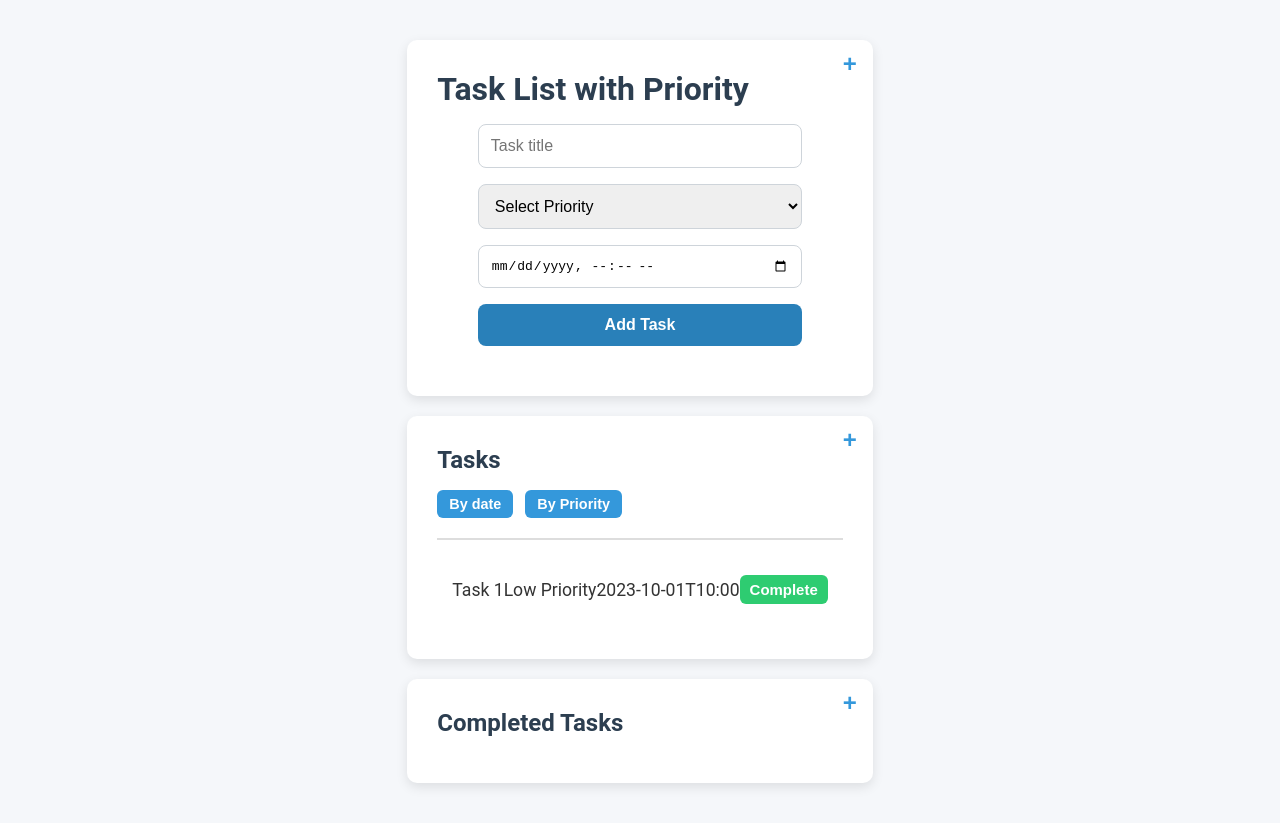
Repository: Lithium87/TaskList
Page: /
An editor plug-in stored every save of this project. The page is shown before and after the next save, followed by the edit.
The browser window is 1280 px wide. The pictures show the whole page.
The project was rebuilt for these pictures with package versions that can differ from the ones it lists, and the page was loaded fresh each time. Also part of the build but not shown: vite.config.js.

Above is the page before, as saved 2025-07-08 16:33:14.

### src/index.css
/* General app styles */
* {
  box-sizing: border-box;
  margin: 0;
  padding: 0;
}

body {
  font-family: "Roboto", sans-serif;
  background-color: #f5f7fa;
  display: flex;
  justify-content: center;
  align-items: flex-start;
  min-height: 100vh;
  padding: 40px;
  color: #333;
}

.app {
  display: flex;
  flex-direction: column;
  gap: 20px;
  max-width: 500px;
  width: 100%;
}

/* Main container for current tasks and completed tasks */
.task-container,
.completed-task-container {
  position: relative;
  background-color: #ffffff;
  border-radius: 10px;
  box-shadow: 0 4px 12px rgba(0, 0, 0, 0.1);
  padding: 30px;
}

/* Headings */
h1,
h2 {
  color: #2c3e50;
  margin-bottom: 16px;
}

/* Completed Task toggle button */
.completed-header {
  display: flex;
  align-items: center;
  justify-content: space-between;
}

.toggle-button {
  background: none;
  border: none;
  cursor: pointer;
  font-size: 1.2em;
  color: #3498db;
  transition: transform 0.3s ease;
}

.toggle-button.open {
  transform: rotate(180deg);
}

/* Sort buttons container */
.sort-controls {
  display: flex;
  justify-content: start;
  align-items: center;
  gap: 12px;
  margin-bottom: 20px;
}

/* Close/open button for sections */
.close-button {
  background: none;
  border: none;
  font-size: 1.5em;
  font-weight: bold;
  color: #3498db;
  cursor: pointer;
  position: absolute;
  top: 10px;
  right: 16px;
  padding: 0;
  transition: color 0.3s, transform 0.3s ease;
}

.close-button.open {
  transform: rotate(135deg); /* Turns "×" into "+" */
  color: #2980b9;
}

.close-button:hover {
  color: #2980b9;
}

/* Sort buttons */
.sort-button {
  padding: 6px 12px;
  background-color: #3498db;
  border: none;
  color: white;
  font-size: 0.9em;
  font-weight: bold;
  border-radius: 6px;
  cursor: pointer;
  transition: background-color 0.3s;
}

.sort-button.active {
  background-color: #2980b9;
  font-weight: bold;
}

.sort-button:hover {
  background-color: #2980b9;
}

/* Task form styles */
.task-form {
  display: flex;
  flex-direction: column;
  align-items: center;
  margin-bottom: 20px;
  animation: fade-in 0.5s ease-in-out;
}

.task-form input[type="text"],
.task-form select,
.task-form input[type="datetime-local"] {
  margin: 0 0 16px 0;
  padding: 12px;
  border-radius: 8px;
  border: 1px solid #ced4da;
  width: 80%;
  font-size: 1em;
  transition: border 0.3s;
}

.task-form input:focus,
.task-form select:focus,
.task-form input[type="datetime-local"]:focus {
  outline: none;
  border-color: #3498db;
}

.task-form button {
  padding: 12px 24px;
  border: none;
  background-color: #2980b9;
  color: white;
  font-size: 1em;
  font-weight: bold;
  border-radius: 8px;
  cursor: pointer;
  transition: background-color 0.3s, transform 0.2s;
  width: 80%;
}

.task-form button:hover {
  background-color: #2980b9;
  transform: translateY(-2px);
}

/* Task list styles */
.task-list,
.completed-task-list {
  list-style-type: none;
  padding: 0;
  width: 100%;
}

/* Task item styles */
.task-item {
  padding: 15px;
  border-radius: 8px;
  display: flex;
  justify-content: space-between;
  align-items: center;
  margin: 10px 0;
  font-size: 1.1em;
  transition: transform 0.2s, opacity 0.3s;
  animation: fade-in 0.5s ease-in-out;
}

.task-item.high {
  background-color: #f8d7da;
  color: #721c24;
  border-left: 6px solid #f5c6cb;
}

.task-item.medium {
  background-color: #fff3cd;
  color: #856404;
  border-left: 6px solid #ffeeba;
}

.task-item.low {
  background-color: #d4edda;
  color: #155724;
  border-left: 6px solid #c3e6cb;
}

.task-item:hover {
  transform: scale(1.02);
}

.task-info {
  flex: 1;
  text-align: left;
}

/* Date text style */
.task-deadline {
  font-size: 0.85em;
  color: #666;
  margin-top: 5px;
}

/* Buttons container for vertical alignment */
.task-buttons {
  display: flex;
  flex-direction: column;
  gap: 6px;
}

/* Complete button */
.complete-button {
  padding: 6px 10px;
  background-color: #2ecc71;
  border: none;
  color: white;
  border-radius: 6px;
  font-size: 0.85em;
  font-weight: bold;
  cursor: pointer;
  transition: background-color 0.3s, transform 0.2s;
}

.complete-button:hover {
  background-color: #27ae60;
  transform: translateY(-2px);
}

/* Delete button */
.delete-button {
  padding: 6px 10px;
  background-color: #e74c3c;
  border: none;
  color: white;
  border-radius: 6px;
  font-size: 0.85em;
  font-weight: bold;
  cursor: pointer;
  transition: background-color 0.3s, transform 0.2s;
}

.delete-button:hover {
  background-color: #c0392b;
  transform: translateY(-2px);
}

/* Completed task item */
.task-item.completed {
  background-color: #e0f7df;
  color: #155724;
  border-left: 6px solid #a5d6a7;
  opacity: 0.9;
}

/* Animation for completed tasks */
.completed-task-list .task-item {
  animation: fade-in 0.5s ease-in-out;
}

@keyframes fade-in {
  from {
    opacity: 0;
    transform: translateY(-10px);
  }
  to {
    opacity: 1;
    transform: translateY(0);
  }
}

/* Completed task list container with smooth slide-down effect */
.completed-task-list-container {
  overflow: hidden;
  max-height: 0;
  opacity: 0;
  transition: max-height 0.5s ease, opacity 0.5s ease;
}

.completed-task-list-container.open {
  max-height: 500px; /* Adjust as needed */
  opacity: 1;
}

/* Completed task list section */
.completed-task-list,
.task-list {
  margin-top: 20px;
  padding-top: 10px;
  border-top: 2px solid #ddd;
}

.footer {
  text-align: center;
  margin-top: 20px;
  padding: 10px;
  background-color: #f0f0f0;
  font-size: 0.9em;
}

### src/App.jsx
function App () {
  return (
    <div className="app">
      <div className="task-container">
        <h1>Task List with Priority</h1>
        <button className="close-button">+</button>
        <TaskForm />
      </div>

      <div className="task-container">
        <h2>Tasks</h2>
        <button className="close-button">+</button>
        <div className="sort-controls">
          <button className="sort-button">By date</button>
          <button className="sort-button">By Priority</button>
        </div>
        <TaskList />
      </div>

      <div className="completed-task-container">
        <h2>Completed Tasks</h2>
        <button className="close-button">+</button>
      </div>
    </div>
  );
}

const TaskForm = () => {
  return (
    <form className="task-form">
      <input type="text" value={''} placeholder="Task title" required />
      <select value={''} required>
        <option value="" disabled>Select Priority</option>
        <option value="low">Low Priority</option>
        <option value="medium">Medium Priority</option>
        <option value="high">High Priority</option>
      </select>
      <input type="datetime-local" value={''} required />
      <button type="submit">Add Task</button>
    </form>
  );
};

const TaskList = () => {
  return (
    <ul className="task-list">
      <TaskItem title="Task 1" priority="low" dueDate="2023-10-01T10:00" />
    </ul>
  );
};

const TaskItem = ({title, priority, dueDate}) => {
  return (
    <li className="task-item">
      <span>{title}</span>
      <span className={`priority ${priority}`}>
        {priority.charAt (0).toUpperCase () + priority.slice (1)} Priority
      </span>
      <span className="due-date">{dueDate}</span>
      <button className="complete-button">Complete</button>
    </li>
  );
};

export default App;

Loaded but not shown: src/main.jsx (common file)

After the next save:
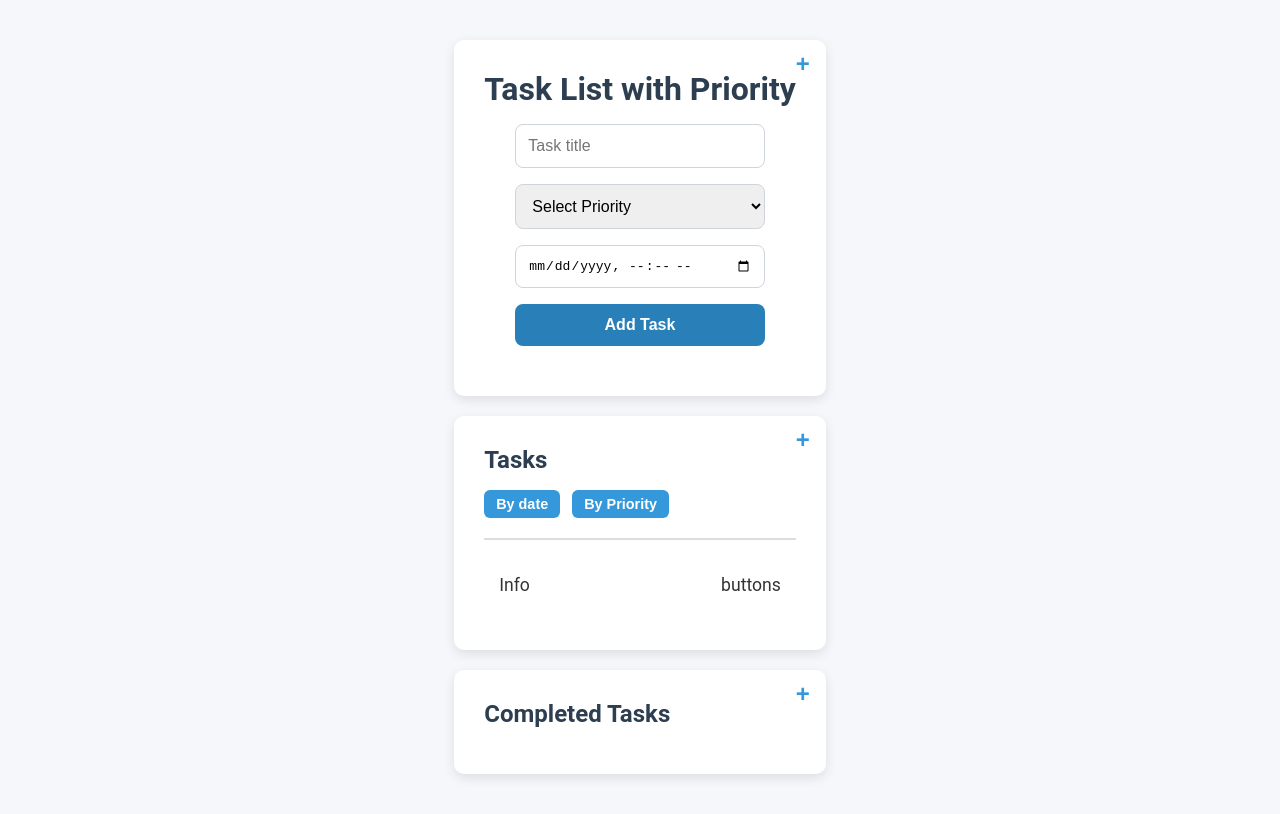
Saved 112 s later.
--- a/src/App.jsx
+++ b/src/App.jsx
@@ -52,12 +52,8 @@ const TaskList = () => {
 const TaskItem = ({title, priority, dueDate}) => {
   return (
     <li className="task-item">
-      <span>{title}</span>
-      <span className={`priority ${priority}`}>
-        {priority.charAt (0).toUpperCase () + priority.slice (1)} Priority
-      </span>
-      <span className="due-date">{dueDate}</span>
-      <button className="complete-button">Complete</button>
+      <div>Info</div>
+      <div>buttons</div>
     </li>
   );
 };
